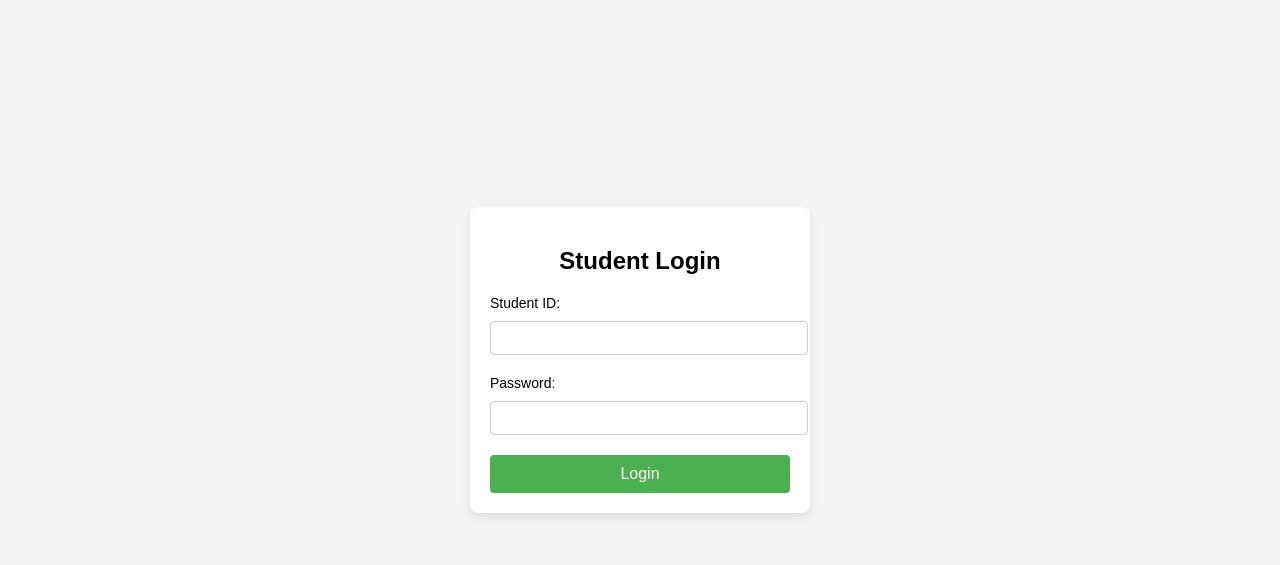
Repository: snehal-shinde151/my_repo
Page: classpro/src/main/webapp/login.html
These files come from the project's save history. The page is drawn as it stood at one moment and after the next save; the edit follows.
The browser window is 1280 px wide. The pictures show the whole page.

Above is the page before, as saved 2025-03-07 07:22:38.

### classpro/src/main/webapp/login.html
<!DOCTYPE html>
<html>
<head>
<meta charset="UTF-8">
<title>Insert title here</title>
</head>

<head>
    <meta charset="UTF-8">
    <meta name="viewport" content="width=device-width, initial-scale=1.0">
    <title>Student Login Form</title>
    <style>
        body {
            font-family: Arial, sans-serif;
            background-color: #f4f4f4;
            display: flex;
            justify-content: center;
            align-items: center;
            height: 100vh;
            margin: 0;
        }
        .login-container {
            background-color: white;
            padding: 20px;
            border-radius: 8px;
            box-shadow: 0 4px 8px rgba(0, 0, 0, 0.1);
            width: 300px;
        }
        .login-container h2 {
            text-align: center;
            margin-bottom: 20px;
        }
        .form-group {
            margin-bottom: 15px;
        }
        label {
            display: block;
            font-size: 14px;
            margin-bottom: 5px;
        }
        input[type="text"], input[type="password"] {
            width: 100%;
            padding: 8px;
            margin: 5px 0;
            border: 1px solid #ccc;
            border-radius: 4px;
            font-size: 14px;
        }
        button {
            width: 100%;
            padding: 10px;
            background-color: #4CAF50;
            color: white;
            border: none;
            border-radius: 4px;
            font-size: 16px;
            cursor: pointer;
        }
        button:hover {
            background-color: #45a049;
        }
        .footer {
            text-align: center;
            margin-top: 15px;
        }
    </style>
</head>
<body>
    <div class="login-container">
        <h2>Student Login</h2>
        <form action="#" method="POST">
            <div class="form-group">
                <label for="studentId">Student ID:</label>
                <input type="text" id="studentId" name="studentId" required>
            </div>
            <div class="form-group">
                <label for="password">Password:</label>
                <input type="password" id="password" name="password" required>
            </div>
            <button type="submit">Login</button>
        </form>
       <!--  <div class="footer">
            <p>Forgot password? <a href="#">Click here</a></p>
        </div>-->
    </div>
</body>
</html>

</body>
</html>

After the next save:
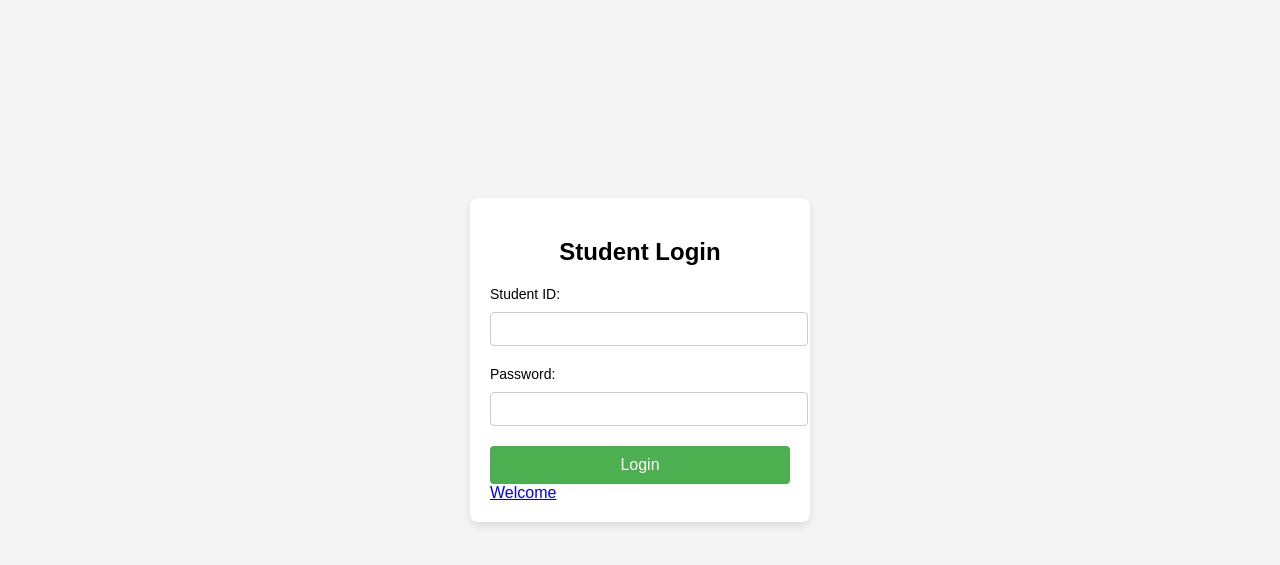
Saved 6 min 27 s later.
--- a/classpro/src/main/webapp/login.html
+++ b/classpro/src/main/webapp/login.html
@@ -78,6 +78,7 @@
                 <input type="password" id="password" name="password" required>
             </div>
             <button type="submit">Login</button>
+            <a href="welcome.html"> Welcome </a>
         </form>
        <!--  <div class="footer">
             <p>Forgot password? <a href="#">Click here</a></p>

After the save that followed:
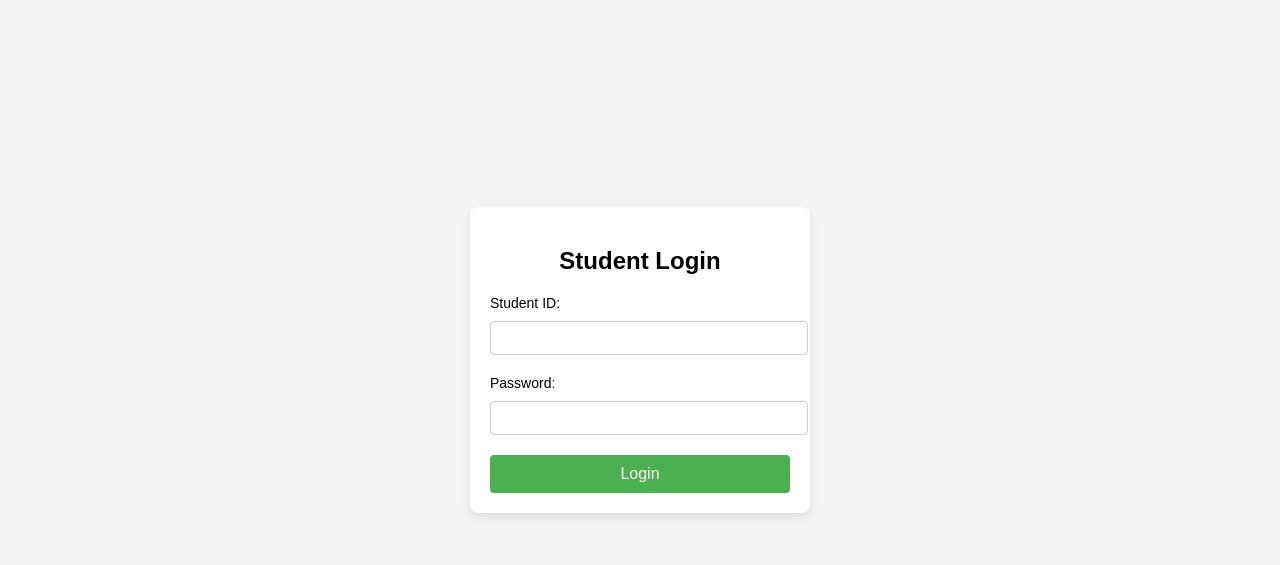
Saved 48 s later.
--- a/classpro/src/main/webapp/login.html
+++ b/classpro/src/main/webapp/login.html
@@ -78,7 +78,7 @@
                 <input type="password" id="password" name="password" required>
             </div>
             <button type="submit">Login</button>
-            <a href="welcome.html"> Welcome </a>
+            <a href="welcome.html"> </a>
         </form>
        <!--  <div class="footer">
             <p>Forgot password? <a href="#">Click here</a></p>
